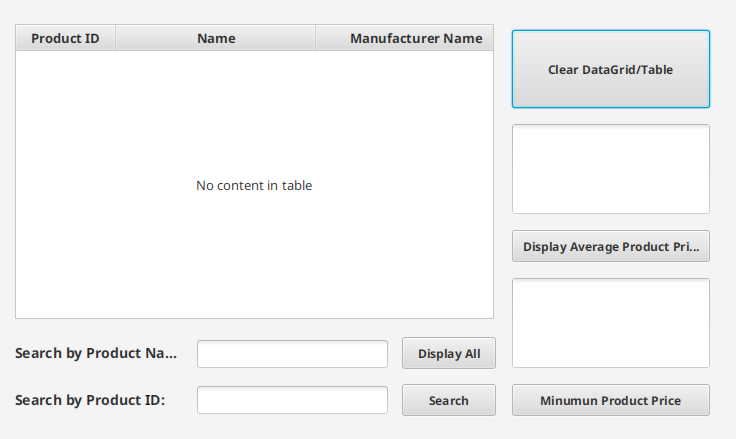
Repository: Kevinrivas96/Java-FinalExam-W24
Program's window: java kevinrivas_COMP1011_003/src/kevinrivas_ex01/displayResults.java
These files come from the project's save history. The program's window is drawn as it stood at one moment and after the next save; the edit follows.
It runs on Java 21 on a 1366 x 768 screen with JavaFX 11; the title bar is not drawn.

Above is the program's window before, as saved 2024-04-16 23:31:51.

### kevinrivas_COMP1011_003/src/kevinrivas_ex01/displayResults.java
package kevinrivas_ex01;

import javafx.application.Application;
import javafx.fxml.FXMLLoader;
import javafx.stage.Stage;
import javafx.scene.Parent;
import javafx.scene.Scene;

public class displayResults extends Application {
	   @Override
	   public void start(Stage stage) throws Exception {
	      Parent root =
	         FXMLLoader.load(getClass().getResource("products.fxml"));

	      Scene scene = new Scene(root);
	      stage.setTitle("Products");
	      stage.setScene(scene);
	      stage.show();
	   }

	   public static void main(String[] args) {
	      launch(args);
	   }
	}

### kevinrivas_COMP1011_003/src/kevinrivas_ex01/ProductController.java
package kevinrivas_ex01;

import java.net.URL;
import java.sql.Connection;
import java.sql.DriverManager;
import java.sql.PreparedStatement;
import java.sql.ResultSet;
import java.sql.SQLException;
import java.util.ResourceBundle;

import javafx.event.ActionEvent;
import javafx.fxml.FXML;
import javafx.fxml.Initializable;
import javafx.scene.control.Alert;
import javafx.scene.control.Button;
import javafx.scene.control.TableColumn;
import javafx.scene.control.TableView;
import javafx.scene.control.TextArea;
import javafx.scene.control.TextField;
import javafx.scene.control.cell.PropertyValueFactory;



public class ProductController implements Initializable {

    @FXML
    private TableView<Product> resultsOutput;

    @FXML
    private Button clearBtn;

    @FXML
    private Button searchBtn;

    @FXML
    private TextField productName;

    @FXML
    private TextField productID;

    @FXML
    private TextArea avgOutput;

    @FXML
    private Button displayAvgBtn;

    @FXML
    private TextArea minProdOutput;

    @FXML
    private Button MinProductBtn;


    private Connection connection;
    private PreparedStatement selectAllStatement;
    private PreparedStatement searchStatement;

    @Override
    public void initialize(URL url, ResourceBundle rb) {
        try {
            connection = DriverManager.getConnection("jdbc:mysql://localhost:3306/productsdb", "root", "Welcome1");

            selectAllStatement = connection.prepareStatement("SELECT * FROM products");

            TableColumn<Product, Integer> productIDCol = new TableColumn<>("Product ID");
            productIDCol.setCellValueFactory(new PropertyValueFactory<>("productID"));
            productIDCol.setPrefWidth(100); // Set the width to 100 pixels

            TableColumn<Product, String> nameCol = new TableColumn<>("Name");
            nameCol.setCellValueFactory(new PropertyValueFactory<>("name"));
            nameCol.setPrefWidth(200); // Set the width to 200 pixels

            TableColumn<Product, String> manufacturerNameCol = new TableColumn<>("Manufacturer Name");
            manufacturerNameCol.setCellValueFactory(new PropertyValueFactory<>("manufacturerName"));
            manufacturerNameCol.setPrefWidth(200); // Set the width to 200 pixels

            TableColumn<Product, Double> pricePerUnitCol = new TableColumn<>("Price Per Unit");
            pricePerUnitCol.setCellValueFactory(new PropertyValueFactory<>("pricePerUnit"));
            pricePerUnitCol.setPrefWidth(100); // Set the width to 100 pixels

            resultsOutput.getColumns().addAll(productIDCol, nameCol, manufacturerNameCol, pricePerUnitCol);

            clearBtn.setOnAction(this::clearAll);
            searchBtn.setOnAction(this::searchProduct);

        } catch (SQLException e) {
            e.printStackTrace();
        }
    }

    @FXML
    private void displayAll(ActionEvent event) {
        try {
            resultsOutput.getItems().clear();
            ResultSet resultSet = selectAllStatement.executeQuery();
            while (resultSet.next()) {
                int productID = resultSet.getInt("ProductID");
                String name = resultSet.getString("Name");
                String manufacturerName = resultSet.getString("ManufacturerName");
                double pricePerUnit = resultSet.getDouble("PricePerUnit");
                resultsOutput.getItems().add(new Product(productID, name, manufacturerName, pricePerUnit));
            }
        } catch (SQLException e) {
            e.printStackTrace();
        }
    }

    @FXML
    private void clearAll(ActionEvent event) {
        resultsOutput.getItems().clear();
        avgOutput.clear();
        minProdOutput.clear();
    }

    @FXML
    private void searchProduct(ActionEvent event) {
        try {
            String searchName = productName.getText().trim();
            String searchID = productID.getText().trim();
            String query = "SELECT * FROM products WHERE Name = ? OR ProductID = ?";
            PreparedStatement searchStatement = connection.prepareStatement(query);
            searchStatement.setString(1, searchName);
            searchStatement.setString(2, searchID);
            ResultSet resultSet = searchStatement.executeQuery();
            resultsOutput.getItems().clear();
            boolean found = false;
            while (resultSet.next()) {
                int productID = resultSet.getInt("ProductID");
                String name = resultSet.getString("Name");
                String manufacturerName = resultSet.getString("ManufacturerName");
                double pricePerUnit = resultSet.getDouble("PricePerUnit");
                resultsOutput.getItems().add(new Product(productID, name, manufacturerName, pricePerUnit));
                found = true;
            }
            searchStatement.close();
            if (!found) {
                // Display an error message here
                Alert alert = new Alert(Alert.AlertType.ERROR);
                alert.setTitle("Search Result");
                alert.setHeaderText(null);
                alert.setContentText("No results found.");
                alert.showAndWait();
            }
        } catch (SQLException e) {
            e.printStackTrace();
        }
    }

    @FXML
    private void displayAveragePrice(ActionEvent event) {
        try {
            String query = "SELECT AVG(PricePerUnit) FROM products";
            PreparedStatement avgStatement = connection.prepareStatement(query);
            ResultSet resultSet = avgStatement.executeQuery();
            if (resultSet.next()) {
                double avgPrice = resultSet.getDouble(1);
                avgOutput.setText(String.valueOf(avgPrice));
            }
            avgStatement.close();
        } catch (SQLException e) {
            e.printStackTrace();
        }
    }

    @FXML
    private void displayMinProduct(ActionEvent event) {
        try {
            String query = "SELECT MIN(PricePerUnit) FROM products";
            PreparedStatement minStatement = connection.prepareStatement(query);
            ResultSet resultSet = minStatement.executeQuery();
            if (resultSet.next()) {
                double minPrice = resultSet.getDouble(1);
                minProdOutput.setText(String.valueOf(minPrice));
            }
            minStatement.close();
        } catch (SQLException e) {
            e.printStackTrace();
        }
    }


    // Don't forget to close the connection when done
    public void close() {
        try {
            if (selectAllStatement != null) {
                selectAllStatement.close();
            }
            if (searchStatement != null) {
                searchStatement.close();
            }
            if (connection != null) {
                connection.close();
            }
        } catch (SQLException e) {
            e.printStackTrace();
        }
    }
}

### kevinrivas_COMP1011_003/src/kevinrivas_ex01/products.fxml
<?xml version="1.0" encoding="UTF-8"?>

<?import javafx.scene.control.Button?>
<?import javafx.scene.control.Label?>
<?import javafx.scene.control.TableView?>
<?import javafx.scene.control.TextArea?>
<?import javafx.scene.control.TextField?>
<?import javafx.scene.layout.AnchorPane?>
<?import javafx.scene.text.Font?>

<AnchorPane maxHeight="-Infinity" maxWidth="-Infinity" minHeight="-Infinity" minWidth="-Infinity" prefHeight="439.0" prefWidth="736.0" xmlns="http://javafx.com/javafx/21" xmlns:fx="http://javafx.com/fxml/1" fx:controller="kevinrivas_ex01.ProductController">
   <children>
      <Button fx:id="clearBtn" layoutX="512.0" layoutY="30.0" mnemonicParsing="false" prefHeight="78.0" prefWidth="198.0" text="Clear DataGrid/Table">
         <font>
            <Font name="System Bold" size="12.0" />
         </font>
      </Button>
      <TextArea fx:id="avgOutput" layoutX="512.0" layoutY="124.0" prefHeight="90.0" prefWidth="198.0" />
      <Button fx:id="displayAvgBtn" layoutX="512.0" layoutY="230.0" mnemonicParsing="false" onAction="#displayAveragePrice" prefHeight="32.0" prefWidth="198.0" text="Display Average Product Price ">
         <font>
            <Font name="System Bold" size="12.0" />
         </font>
      </Button>
      <TextArea fx:id="minProdOutput" layoutX="512.0" layoutY="278.0" prefHeight="90.0" prefWidth="198.0" />
      <Button fx:id="MinProductBtn" layoutX="512.0" layoutY="384.0" mnemonicParsing="false" onAction="#displayMinProduct" prefHeight="32.0" prefWidth="198.0" text="Minumun Product Price">
         <font>
            <Font name="System Bold" size="12.0" />
         </font>
      </Button>
      <Label layoutX="15.0" layoutY="343.0" prefHeight="20.0" prefWidth="171.0" text="Search by Product Name: ">
         <font>
            <Font name="System Bold" size="14.0" />
         </font>
      </Label>
      <Label layoutX="15.0" layoutY="390.0" prefHeight="20.0" prefWidth="171.0" text="Search by Product ID: ">
         <font>
            <Font name="System Bold" size="14.0" />
         </font>
      </Label>
      <Button fx:id="displayAllBtn" layoutX="402.0" layoutY="337.0" mnemonicParsing="false" onAction="#displayAll" prefHeight="32.0" prefWidth="94.0" text="Display All">
         <font>
            <Font name="System Bold" size="12.0" />
         </font>
      </Button>
      <Button fx:id="searchBtn" layoutX="402.0" layoutY="384.0" mnemonicParsing="false" prefHeight="32.0" prefWidth="94.0" text="Search">
         <font>
            <Font name="System Bold" size="12.0" />
         </font>
      </Button>
      <TextField fx:id="productName" layoutX="197.0" layoutY="340.0" prefHeight="26.0" prefWidth="191.0" />
      <TextField fx:id="productID" layoutX="197.0" layoutY="386.0" prefHeight="26.0" prefWidth="191.0" />
      <TableView fx:id="resultsOutput" layoutX="15.0" layoutY="24.0" prefHeight="295.0" prefWidth="479.0" />
   </children>
</AnchorPane>

After the next save:
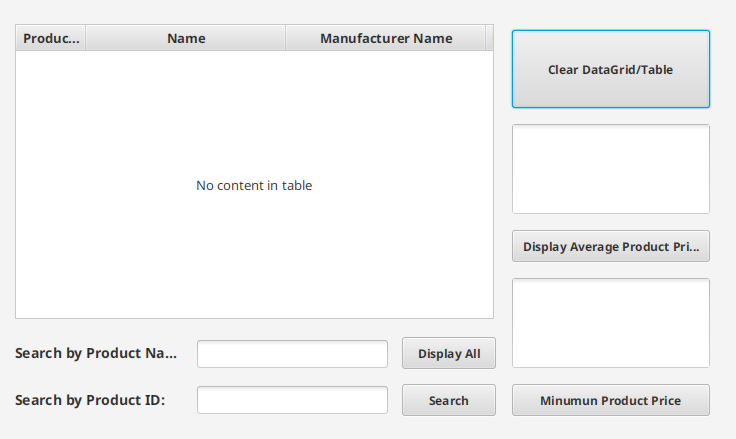
Saved 20 s later.
--- a/kevinrivas_COMP1011_003/src/kevinrivas_ex01/ProductController.java
+++ b/kevinrivas_COMP1011_003/src/kevinrivas_ex01/ProductController.java
@@ -64,7 +64,7 @@
 
             TableColumn<Product, Integer> productIDCol = new TableColumn<>("Product ID");
             productIDCol.setCellValueFactory(new PropertyValueFactory<>("productID"));
-            productIDCol.setPrefWidth(100); // Set the width to 100 pixels
+            productIDCol.setPrefWidth(70); // Set the width to 100 pixels
 
             TableColumn<Product, String> nameCol = new TableColumn<>("Name");
             nameCol.setCellValueFactory(new PropertyValueFactory<>("name"));
